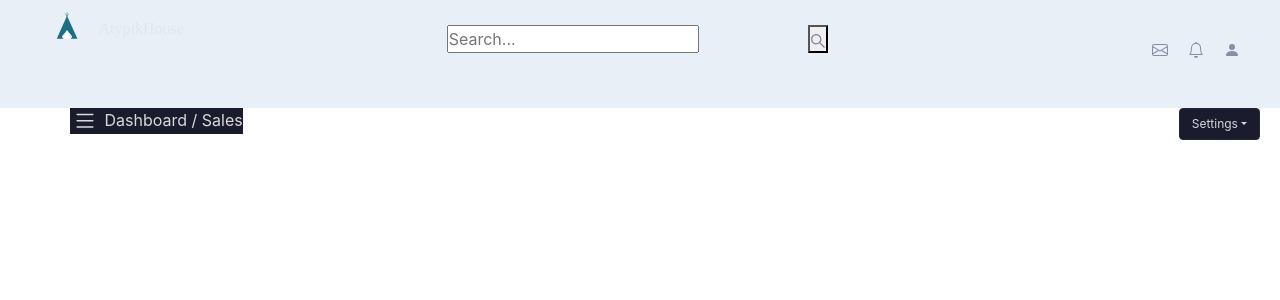
Repository: kifack/API-Symfony-AtypikHouse
Page: / (app in admin-frontend/)
An editor plug-in stored every save of this project. The page is shown before and after the next save, followed by the edit.
The browser window is 1280 px wide. The pictures show the whole page.
Some web libraries are served in a nearby version. The project was rebuilt for these pictures with package versions that can differ from the ones it lists, and the page was loaded fresh each time. Also part of the build but not shown: admin-frontend/src/css/Responsive.css, admin-frontend/src/css/admin/navbar.css, admin-frontend/src/components/template_parts/Header.js, admin-frontend/src/components/template_parts/Footer.js, admin-frontend/src/components/template_parts/Sidebar.js, admin-frontend/src/components/partials/LocationEntry.js, admin-frontend/src/components/template_parts/Spinner.js, admin-frontend/src/actions/location.js and 26 more.

Above is the page before, as saved 2020-10-01 17:39:08.

After the next save:
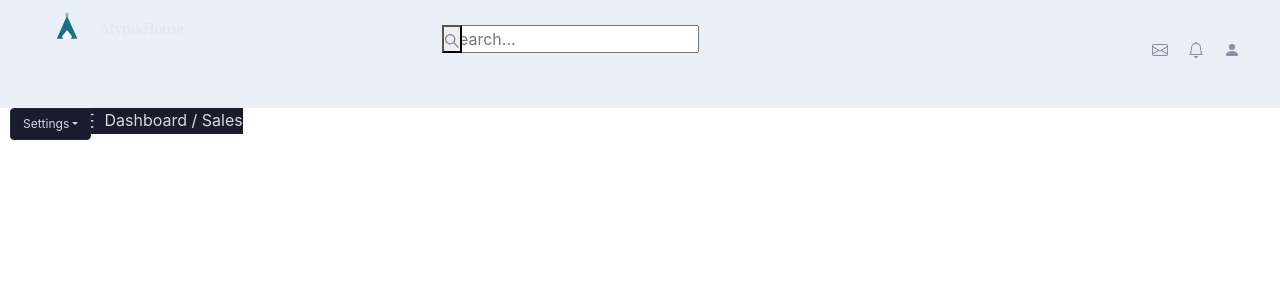
Saved 17 s later.
--- a/admin-frontend/src/css/App.css
+++ b/admin-frontend/src/css/App.css
@@ -193,5 +193,5 @@ button svg.icons{
 }
 button{
   position: absolute;
-  right: 20px;
+  left: 10px;
 }
